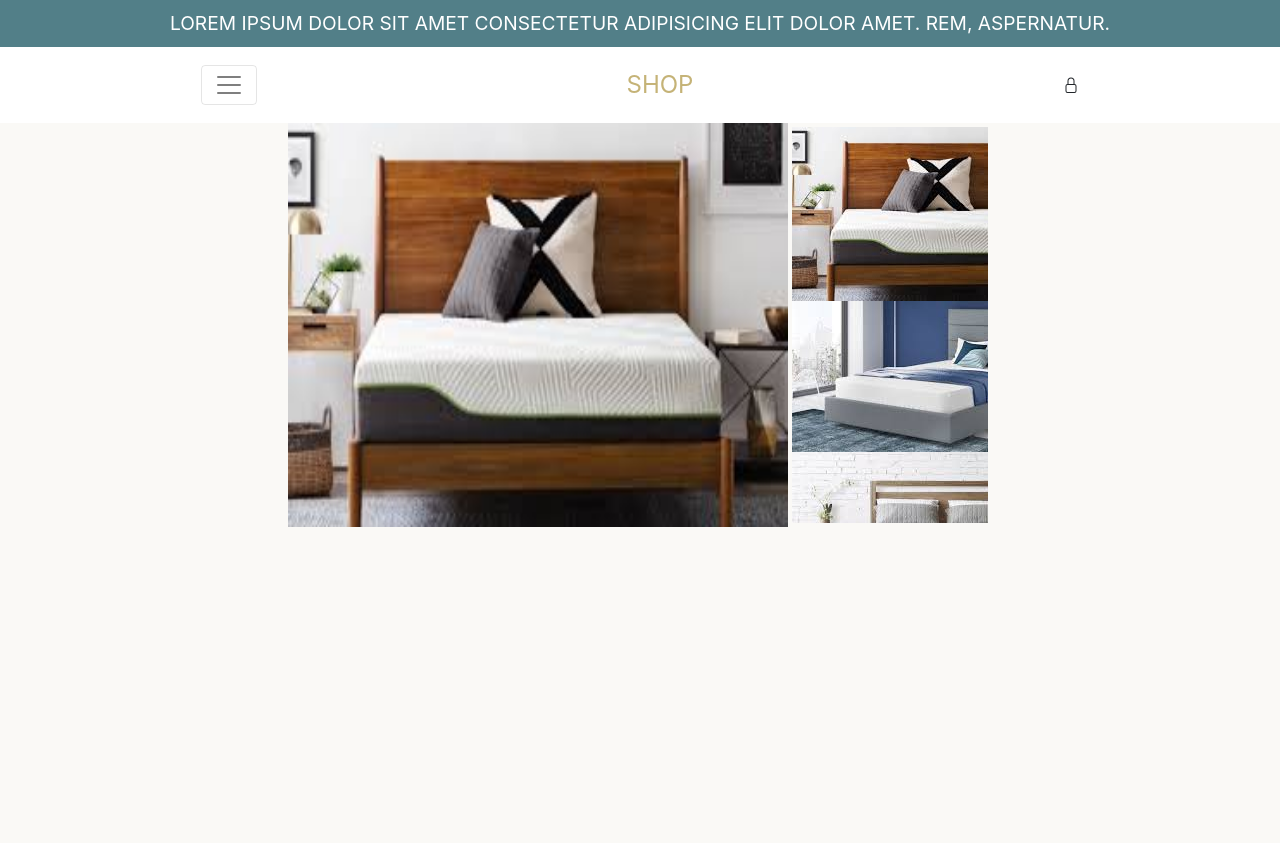
Repository: DaNiels89/frontendassignmentbogbootcamp
Page: index.html
The author's editor kept a copy of each file at every save. The page is drawn from the files as they stood at one save, then again after the next save.
The browser window is 1280 px wide. The pictures show the whole page.

Above is the page before, as saved 2020-03-19 21:17:18.

### index.html
<!DOCTYPE html>
<html lang="en">
  <head>
    <meta charset="UTF-8" />
    <meta name="viewport" content="width=device-width, initial-scale=1.0" />
    <title>Front end Assignment - Carousel</title>
    <link
      rel="stylesheet"
      href="https://stackpath.bootstrapcdn.com/bootstrap/4.3.1/css/bootstrap.min.css"
      integrity="sha384-ggOyR0iXCbMQv3Xipma34MD+dH/1fQ784/j6cY/iJTQUOhcWr7x9JvoRxT2MZw1T"
      crossorigin="anonymous"
    />
    <link rel="stylesheet" href="css/styles.css" />
  </head>
  <body>
    <div class="promotion-bar">
      LOREM IPSUM DOLOR SIT AMET CONSECTETUR ADIPISICING ELIT DOLOR AMET. REM,
      ASPERNATUR.
    </div>

    <div class="pos-f-t">
      <div class="collapse" id="navbarToggleExternalContent">
        <div class="bg-dark p-4">
          <h4 class="text-white">Collapsed content</h4>
          <span class="text-muted">Toggleable via the navbar brand.</span>
        </div>
      </div>
      <nav class="navbar navbar-light bg-white">
        <button
          class="navbar-toggler"
          type="button"
          data-toggle="collapse"
          data-target="#navbarToggleExternalContent"
          aria-controls="navbarToggleExternalContent"
          aria-expanded="false"
          aria-label="Toggle navigation"
        >
          <span class="navbar-toggler-icon"></span>
        </button>

        <div class="navbar-div">SHOP</div>

        <svg
          class="bi bi-lock"
          width="1em"
          height="1em"
          viewBox="0 0 16 16"
          fill="currentColor"
          xmlns="http://www.w3.org/2000/svg"
        >
          <path
            fill-rule="evenodd"
            d="M11.5 8h-7a1 1 0 00-1 1v5a1 1 0 001 1h7a1 1 0 001-1V9a1 1 0 00-1-1zm-7-1a2 2 0 00-2 2v5a2 2 0 002 2h7a2 2 0 002-2V9a2 2 0 00-2-2h-7zm0-3a3.5 3.5 0 117 0v3h-1V4a2.5 2.5 0 00-5 0v3h-1V4z"
            clip-rule="evenodd"
          />
        </svg>
      </nav>
    </div>

    <!-- Carousel for small screens -->
    <div class="carousel-small-outer-div">
      <div class="carousel-small-inner-div">
        <img class="get-small-image" src="img/bed1.jpeg" alt="" />
        <div class="right-small-carousel">
          <div class="child-right-small-carousel">
            <img
              class="get-image-right-small-carousel-right-carousel"
              src="img/bed1.jpeg"
              alt=""
            />
            <img class="get-image-right-carousel" src="img/bed2.jpeg" alt="" />
            <img class="get-image-right-carousel" src="img/bed3.jpeg" alt="" />
            <img class="get-image-right-carousel" src="img/bed4.jpeg" alt="" />
            <img class="get-image-right-carousel" src="img/bed5.jpeg" alt="" />
            <img class="get-image-right-carousel" src="img/bed6.jpeg" alt="" />
            <img class="get-image-right-carousel" src="img/bed7.jpeg" alt="" />
            <img class="get-image-right-carousel" src="img/bed8.jpeg" alt="" />
            <img class="get-image-right-carousel" src="img/bed9.jpeg" alt="" />
            <img class="get-image-right-carousel" src="img/bed10.jpeg" alt="" />
          </div>
        </div>
      </div>
    </div>

    <!-- Carousel for large screens -->
    <div class="carousel-outer-div">
      <div class="carousel-inner-div">
        <img class="get-image" src="img/bed1.jpeg" alt="" />
        <div class="right-carousel">
          <div class="child-right-carousel">
            <img
              class="get-image-right-carousel-right-carousel"
              src="img/bed1.jpeg"
              alt=""
            />
            <img class="get-image-right-carousel" src="img/bed2.jpeg" alt="" />
            <img class="get-image-right-carousel" src="img/bed3.jpeg" alt="" />
            <img class="get-image-right-carousel" src="img/bed4.jpeg" alt="" />
            <img class="get-image-right-carousel" src="img/bed5.jpeg" alt="" />
            <img class="get-image-right-carousel" src="img/bed6.jpeg" alt="" />
            <img class="get-image-right-carousel" src="img/bed7.jpeg" alt="" />
            <img class="get-image-right-carousel" src="img/bed8.jpeg" alt="" />
            <img class="get-image-right-carousel" src="img/bed9.jpeg" alt="" />
            <img class="get-image-right-carousel" src="img/bed10.jpeg" alt="" />
          </div>
        </div>
      </div>
    </div>
  </body>
</html>

### css/styles.css
* {
  box-sizing: border-box;
  margin: 0;
  padding: 0;
}

/* Promotion bar */
.promotion-bar {
  background-color: rgb(82, 127, 136);
  color: white;
  font-size: 1.2rem;
  text-align: center;
  width: 100%;
  height: auto;
  padding: 9px;
}

/* Navigation bar */
.navbar {
  width: 100%;
  display: flex;
  justify-content: space-around;
  margin: 10px 0;
}

.navbar-div {
  color: rgb(197, 179, 119);
  font-size: 1.5rem;
  text-align: center;
  align-items: center;
}

/* Carousel div */
.carousel-outer-div {
  background-color: rgb(250, 249, 246);
  height: 100vh;
  width: auto;
}

.carousel-inner-div {
  display: flex;
  justify-content: center;
}

.get-image {
  width: 500px;
  height: auto;
}

.right-carousel {
  width: 200px;
  height: 400px;
  margin: 2px;
  padding: 2px;
  overflow: hidden;
}

.child-right-carousel {
  width: 100%;
  height: 100%;
  overflow: scroll;
}

/* Extra small devices (phones, 600px and down) */
@media only screen and (max-width: 600px) {
  .carousel-outer-div {
    display: none;
  }
}

/* Small devices (portrait tablets and large phones, 600px and up) */
@media only screen and (min-width: 600px) {
  .carousel-small-outer-div {
    display: none;
  }
}

After the next save:
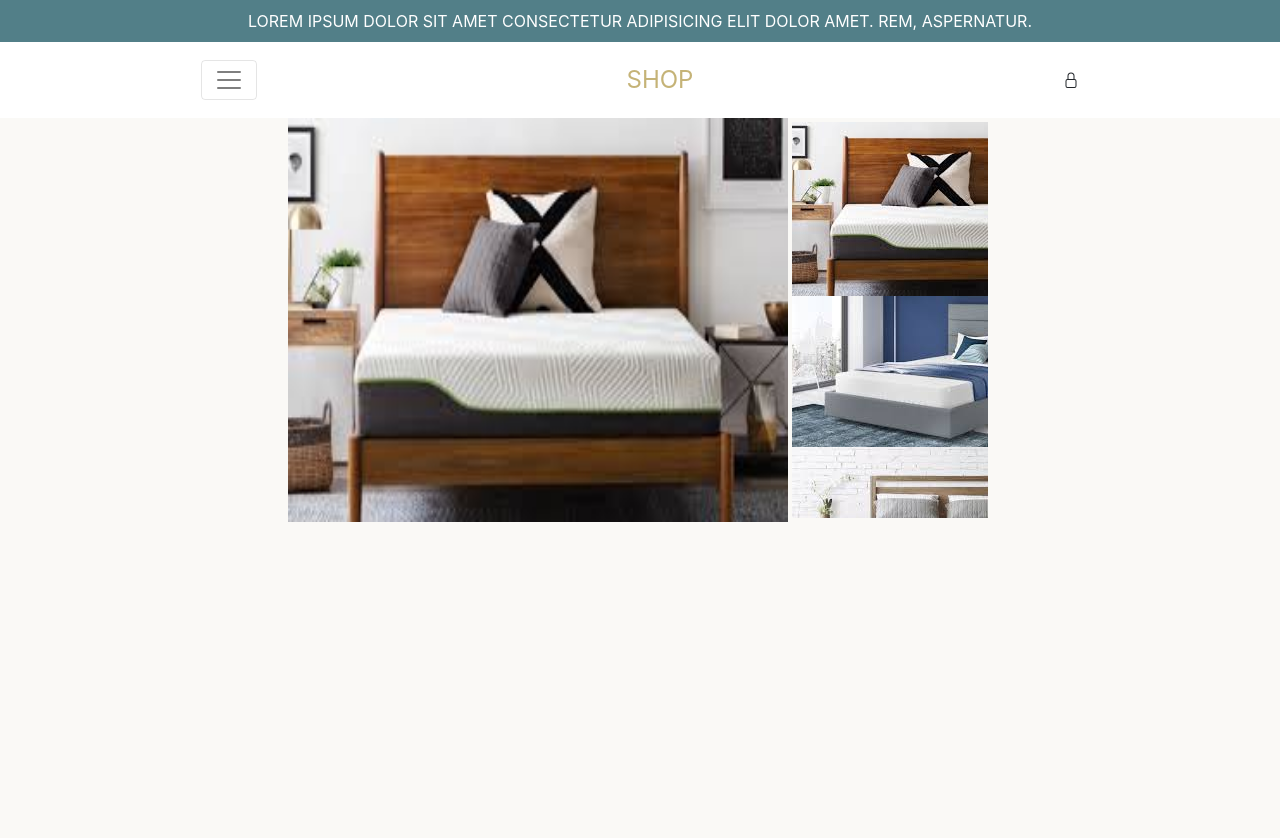
Saved 13 s later.
--- a/css/styles.css
+++ b/css/styles.css
@@ -8,7 +8,7 @@
 .promotion-bar {
   background-color: rgb(82, 127, 136);
   color: white;
-  font-size: 1.2rem;
+  font-size: 1rem;
   text-align: center;
   width: 100%;
   height: auto;
